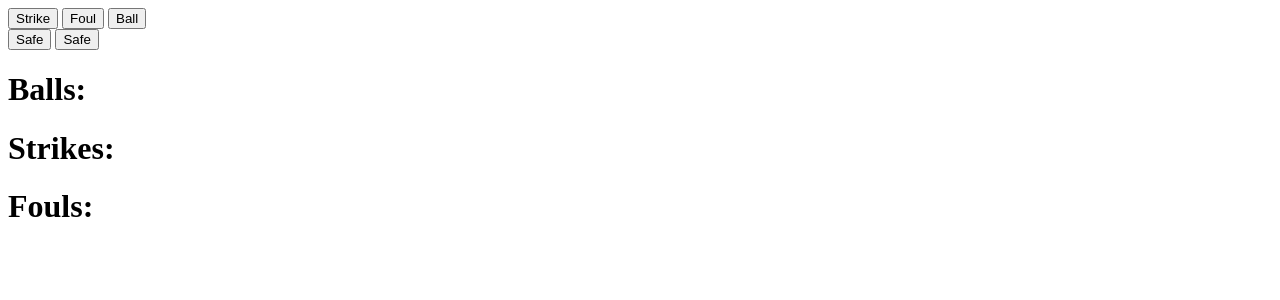
Repository: ohall/kickball_complete
Page: Ref_App/assets/www/index.html
An editor plug-in stored every save of this project. The page is shown before and after the next save, followed by the edit.
The browser window is 1280 px wide. The pictures show the whole page.

Above is the page before, as saved 2011-11-10 22:16:44.
Console error: TypeError: Cannot set properties of null (setting 'onclick')

After the next save:
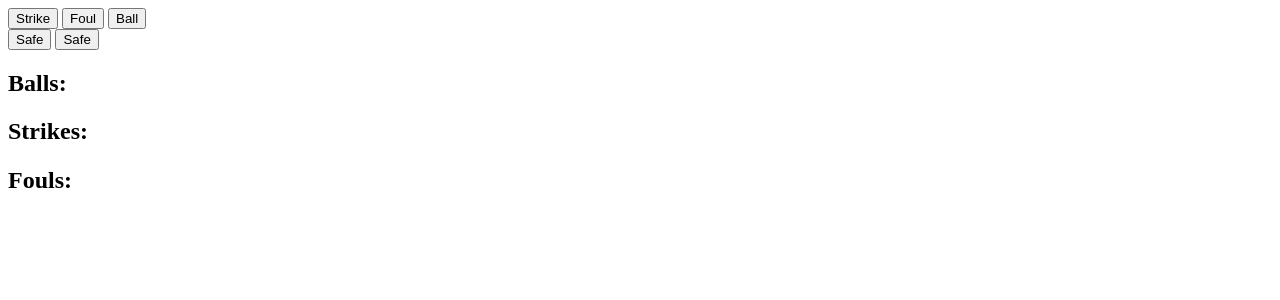
Saved 10 s later.
--- a/Ref_App/assets/www/index.html
+++ b/Ref_App/assets/www/index.html
@@ -19,13 +19,13 @@
 		<input type="button" id="runnerOutButt" value="Safe"/>
 	</div>
 	<div>
-		<h1>Balls: </h1><h1 id="ballsCount"/>
+		<h2>Balls: </h1><h1 id="ballsCount"/>
 	</div>
 	<div>
-		<h1>Strikes: </h1><h1 id="strikesCount"/>
+		<h2>Strikes: </h1><h1 id="strikesCount"/>
 	</div>
 	<div>
-		<h1>Fouls: </h1><h1 id="foulsCount"/>
+		<h2>Fouls: </h1><h1 id="foulsCount"/>
 	</div>
 
 
